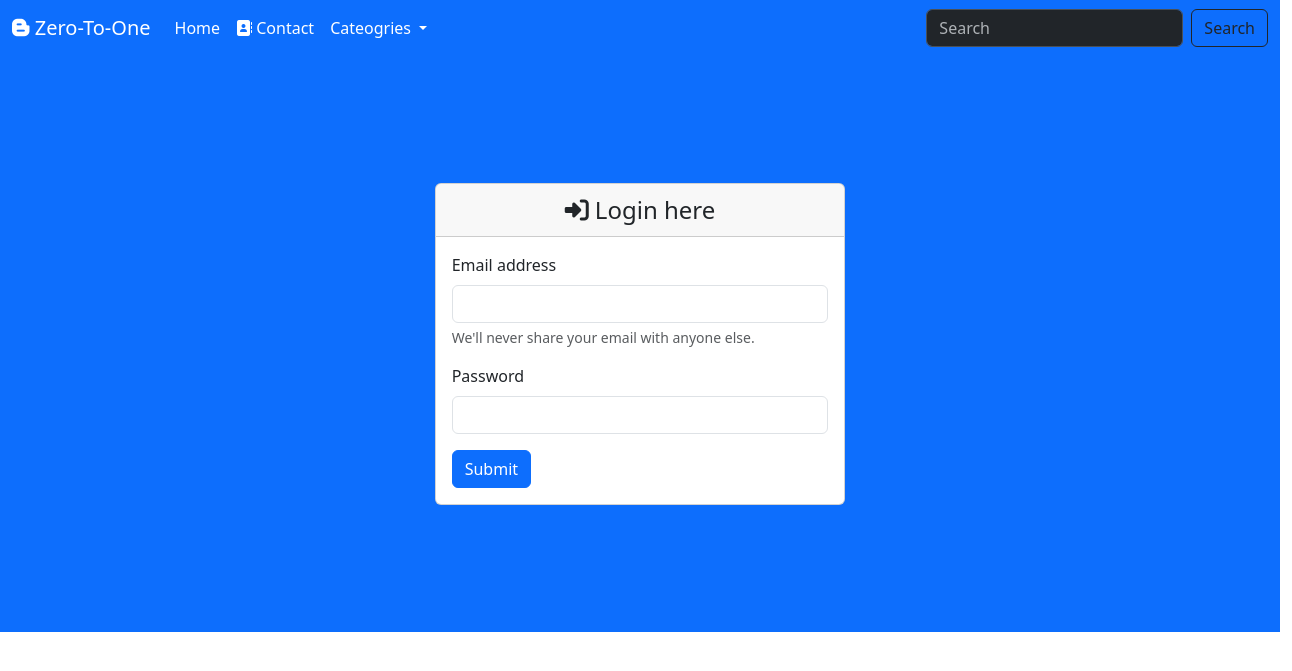
Repository: Gaurav560/PROJECT-ZeroToOne-TechBlog
Page: http://localhost/ZeroToOne/login_page.jsp
An editor plug-in stored every save of this project. The page is shown before and after the next save, followed by the edit.
The browser window is 1280 px wide. The page is 1292 px wide, so the pictures cover 1292 px, including what lies to the right of the window. The pictures show the whole page.
Some web libraries are served in a nearby version. The page is served by Tomcat 9.

Above is the page before, as saved 2023-04-29 10:15:01.

After the next save:
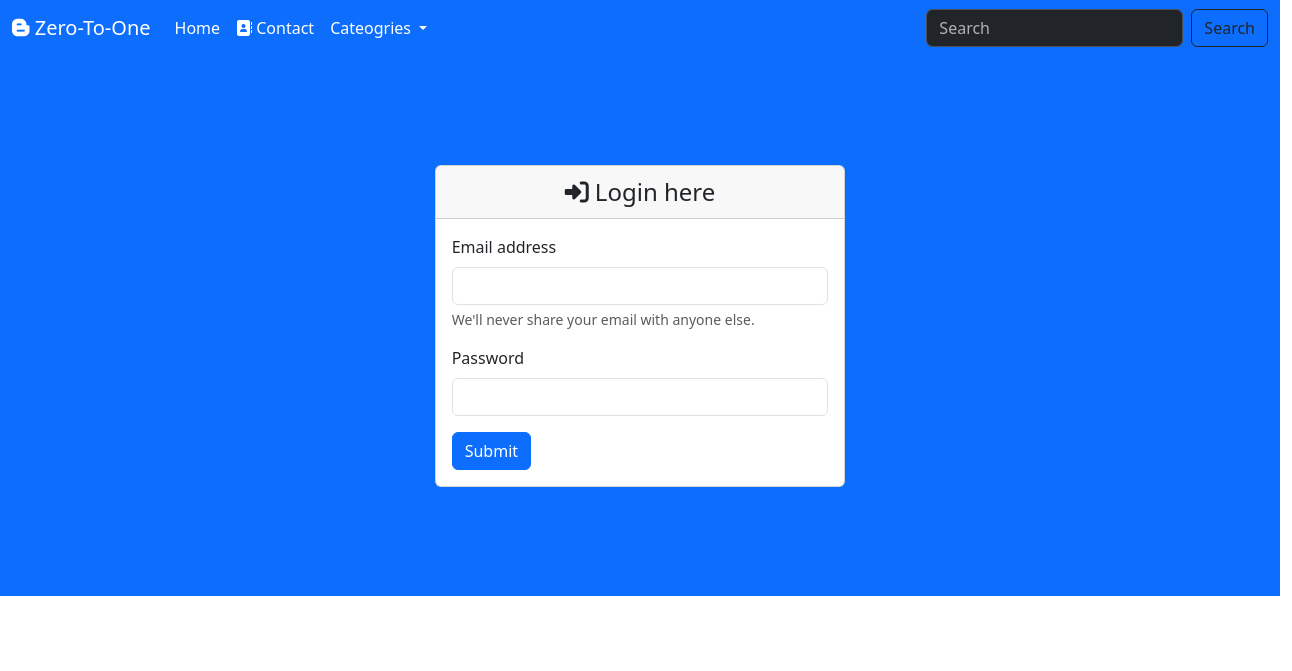
Saved 53 s later.
--- a/ZeroToOne/src/main/webapp/login_page.jsp
+++ b/ZeroToOne/src/main/webapp/login_page.jsp
@@ -23,7 +23,7 @@
 <!-- navbar ends here -->
 
 <!-- login card starts here -->
-	<main class="d-grid align-items-center bg-primary" style="height:80vh">
+	<main class="d-grid align-items-center bg-primary" style="height:75vh">
 		<div class="contaier ">
 			<div class="row">
 				<div class="col-md-4 offset-md-4">
